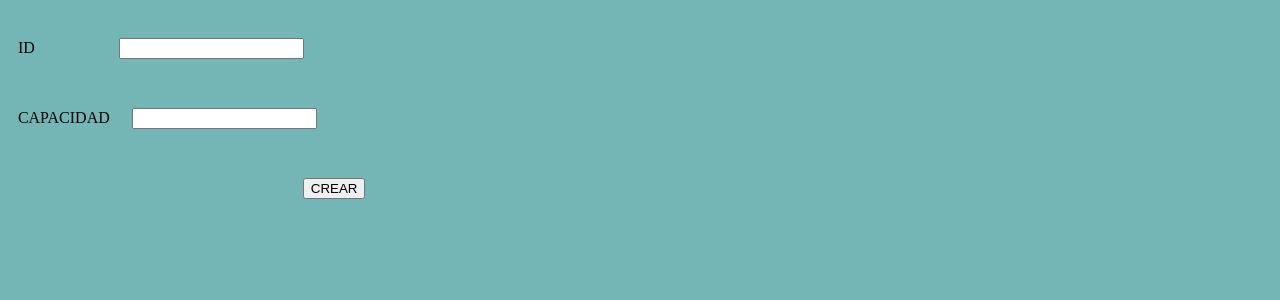
Repository: Robin-Rivadeneira/prueva_pablo
Page: index.html
The author's editor kept a copy of each file at every save. The page is drawn from the files as they stood at one save, then again after the next save.
The browser window is 1280 px wide. The pictures show the whole page.

Above is the page before, as saved 2020-01-16 20:32:09.

After the next save:
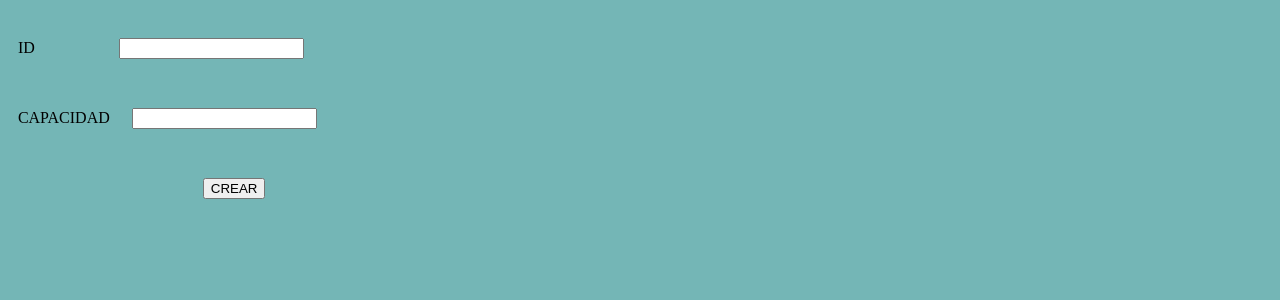
Saved 4 s later.
--- a/css/bomberos.css
+++ b/css/bomberos.css
@@ -25,5 +25,5 @@ body{
 .button{
     position: relative;
     top: 170px;
-    right: 200px;
+    right: 300px;
 }
